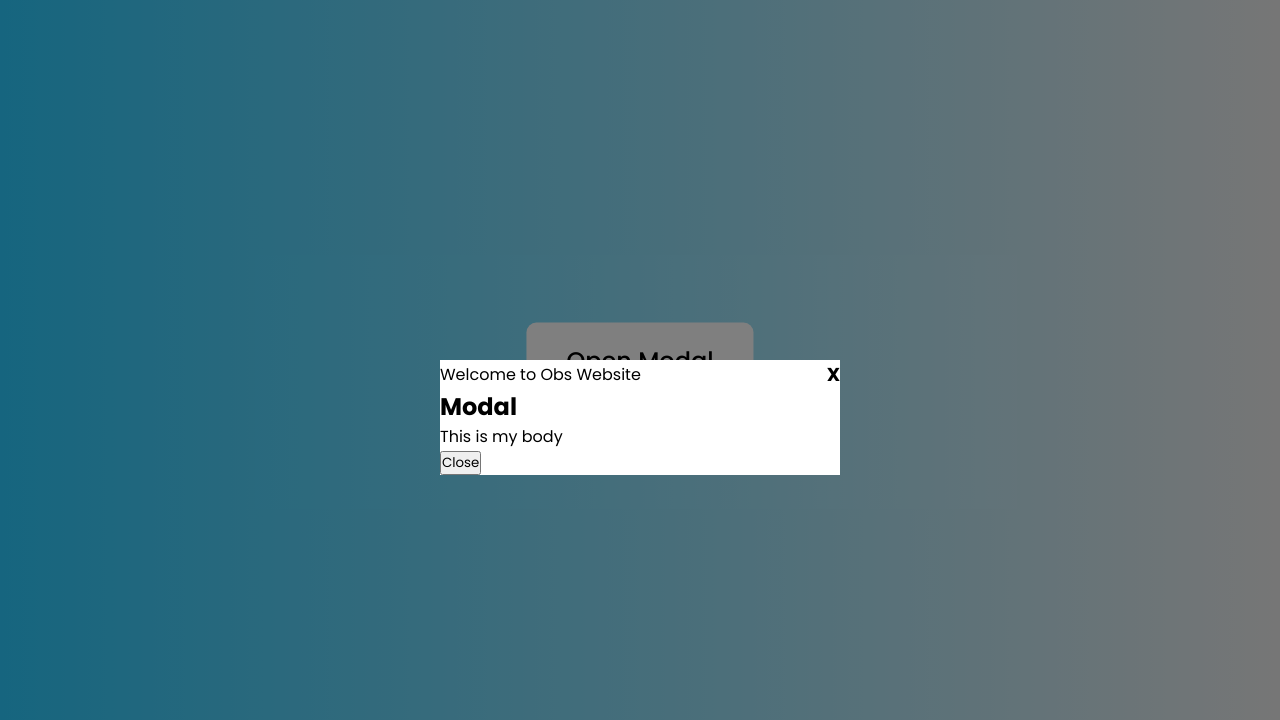
Repository: lausamtuong/Modal_card
Page: index.html
The author's editor kept a copy of each file at every save. The page is drawn from the files as they stood at one save, then again after the next save.
The browser window is 1280 px wide. The pictures show the whole page.
The style sheet was rebuilt from its Sass, Less or Tailwind sources for each picture, by a compiler version that may differ from the author's.

Above is the page before, as saved 2021-12-15 06:54:29.

### index.html
<!DOCTYPE html>
<html lang="en">
<head>
    <meta charset="UTF-8">
    <meta http-equiv="X-UA-Compatible" content="IE=edge">
    <meta name="viewport" content="width=device-width, initial-scale=1.0">
    <link rel="stylesheet" href="style.css">
    <link href="https://fonts.googleapis.com/css2?family=Poppins:wght@400;500;700&display=swap" rel="stylesheet">
    <title>Document</title>
</head>
<body>
    <button class="open__btn">Open Modal</button>
    <div class="modal">
        <div class="modal__inner">
            <div class="modal__header">
                <p>Welcome to Obs Website</p>
                <h3>X</h3>
            </div>
            <div class="modal__body">
                <h2>Modal</h2>
                <p>This is my body</p>
            </div>
            <div class="modal__footer">
                <button class="modal__close-btn">Close</button>
            </div>
        </div>
    </div>
</body>
</html>

### style.scss
*{
    margin: 0;
    padding: 0;
    box-sizing: border-box;
    font-family: 'Poppins', sans-serif;
}
:root{
    --primary-color:#e26e70;
}
body{
    height: 100vh;
    background:  linear-gradient( to right,#2cccff ,#eee );;
}
.open__btn{
     position: relative;;
   top:50%;
   left:50%;
   transform: translate(-50%,-50%);
   outline: none;
   border: none;
   padding : 20px 40px;
   font-weight: 500;
   font-size: 1.5rem;
   border-radius: 10px;
   background-color:#fff;
   &:hover{
      opacity: 0.7;
       cursor: pointer;
       transition: 0.5s;
   }
}
.modal{
    background-color: rgba(0,0,0,0.5);
    position:fixed;
    top:0;
    height: 100vh;
    width:100vw;
    &__inner{
        position:relative;
        width:400px;
        top:50%;
        margin : auto;
        background-color: #fff;
    }
    &__header{
        display: flex;
        justify-content: space-between;
        align-items: center;
        background-color:var(--primary-color)
        margin
    }
}

After the next save:
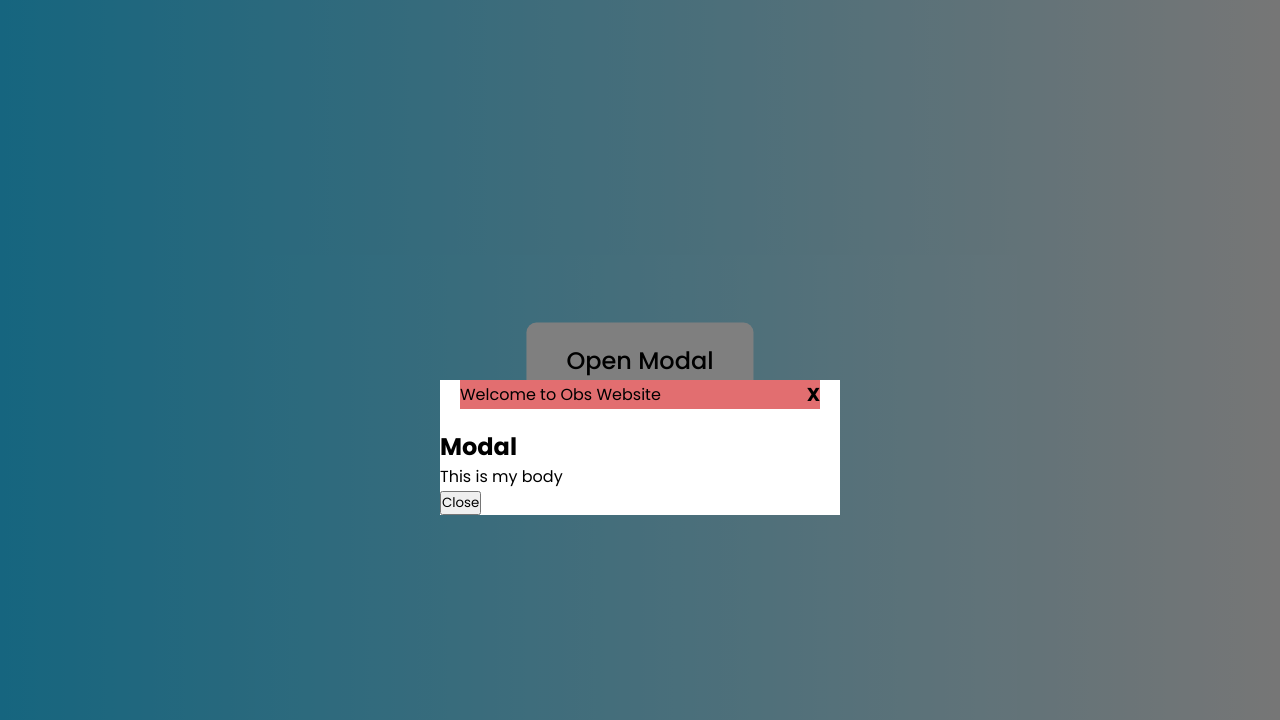
Saved 6 s later.
--- a/style.scss
+++ b/style.scss
@@ -46,7 +46,7 @@ body{
         display: flex;
         justify-content: space-between;
         align-items: center;
-        background-color:var(--primary-color)
-        margin
+        background-color:var(--primary-color);
+        margin:20px;
     }
 }
